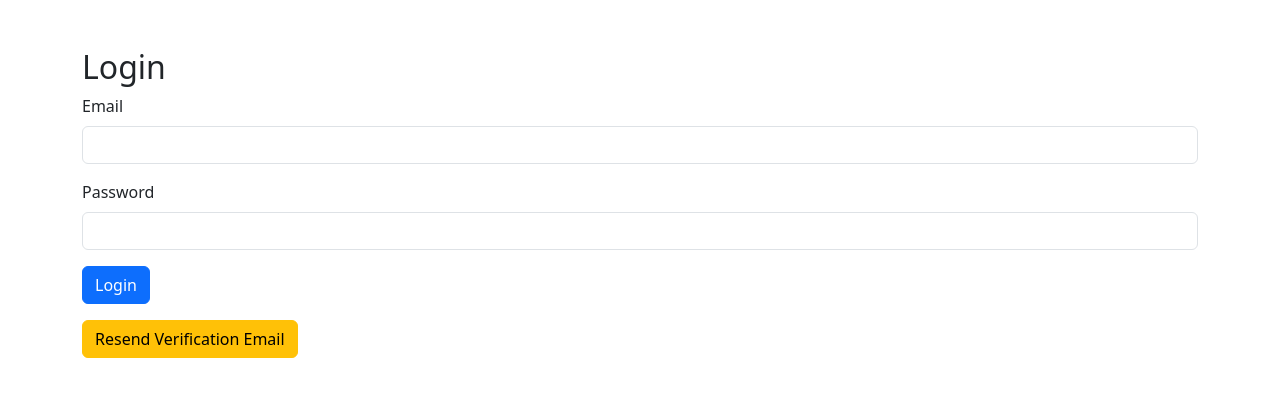
Repository: Abdulahi338/Authentication-using-laravel-11
Page: http://localhost/login
These files come from the project's save history. The page is drawn as it stood at one moment and after the next save; the edit follows.
The browser window is 1280 px wide. The pictures show the whole page.
The page is served by the project's Laravel application, run on PHP 8.4 with Laravel 12. Other server files are loaded and not shown.

Above is the page before, as saved 2024-09-25 09:46:03.

### routes/web.php
<?php

use Illuminate\Support\Facades\Route;
use App\Http\Controllers\AuthController;  // Import the AuthController

Route::get('/register', function () {
    return view('auth.register');
});


Route::post('/register', [AuthController::class, 'register']);

Route::post('/login', [AuthController::class, 'login']); // POST for login
Route::get('/login', function () {
    return view('auth.login'); // GET for displaying the login form
});

Route::get('/verify-email/{token}', [AuthController::class, 'verifyEmail']);
Route::get('/dashboard', [AuthController::class, 'dashboard'])->name('dashboard');

Route::post('/logout', [AuthController::class, 'logout'])->name('logout');

Route::post('/resend-verification', [AuthController::class, 'resendVerification'])->name('verification.resend');


Route::get('/verification-notice', function () {
    return view('auth.verification-notice');
})->name('verification.notice');

### resources/views/auth/login.blade.php
{{-- resources/views/auth/login.blade.php --}}
<!DOCTYPE html>
<html lang="en">
<head>
    <meta charset="UTF-8">
    <meta name="viewport" content="width=device-width, initial-scale=1.0">
    <link href="https://cdn.jsdelivr.net/npm/bootstrap@5.3.0-alpha1/dist/css/bootstrap.min.css" rel="stylesheet">
    <title>Login</title>
</head>
<body>
    <div class="container mt-5">
        <h2>Login</h2>

        @if(session('message'))
            <div class="alert alert-info">{{ session('message') }}</div>
        @endif

        <form action="{{ url('/login') }}" method="POST">
            @csrf
            <div class="mb-3">
                <label for="email" class="form-label">Email</label>
                <input type="email" class="form-control" id="email" name="email" required>
            </div>
            <div class="mb-3">
                <label for="password" class="form-label">Password</label>
                <input type="password" class="form-control" id="password" name="password" required>
            </div>
            <button type="submit" class="btn btn-primary">Login</button>
        </form>

        <!-- Resend Verification Email Section -->
        <form action="{{ route('verification.resend') }}" method="POST" class="mt-3">
            @csrf
            <button type="submit" class="btn btn-warning">Resend Verification Email</button>
        </form>
    </div>
</body>
</html>

After the next save:
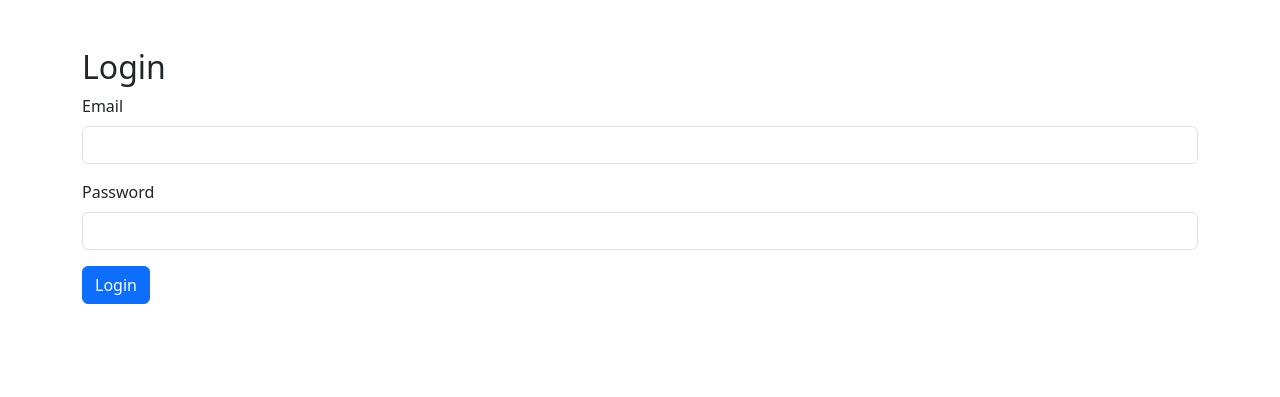
Saved 3 min 1 s later.
--- a/resources/views/auth/login.blade.php
+++ b/resources/views/auth/login.blade.php
@@ -29,10 +29,7 @@
         </form>
 
         <!-- Resend Verification Email Section -->
-        <form action="{{ route('verification.resend') }}" method="POST" class="mt-3">
-            @csrf
-            <button type="submit" class="btn btn-warning">Resend Verification Email</button>
-        </form>
+
     </div>
 </body>
 </html>
